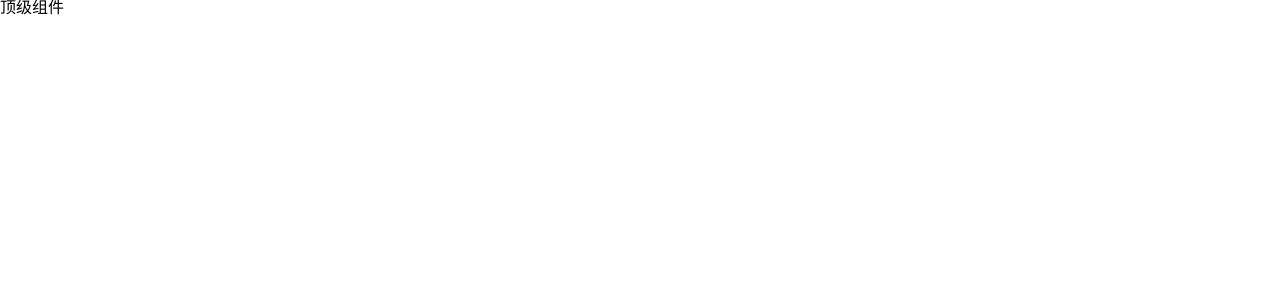
Repository: xzm1997/admin-management
Page: /
These files come from the project's save history. The page is drawn as it stood at one moment and after the next save; the edit follows.
The browser window is 1280 px wide. The pictures show the whole page.
The project was rebuilt for these pictures with package versions that can differ from the ones it lists, and the page was loaded fresh each time. Also part of the build but not shown: vite.config.ts, src/components/Comp1/comp1.scss.

Above is the page before, as saved 2023-03-28 15:59:42.

After the next save:
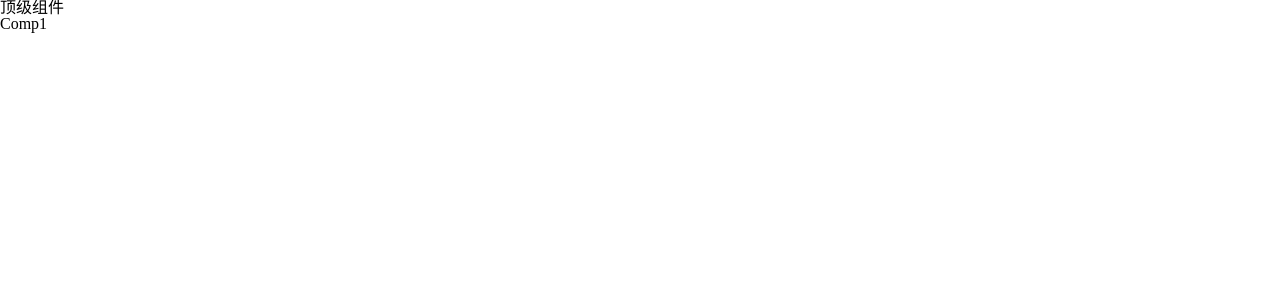
Saved 12 s later.
--- a/src/App.tsx
+++ b/src/App.tsx
@@ -7,6 +7,7 @@ function App() {
   return (
     <div className="App">
       顶级组件
+      <Comp></Comp>
     </div>
   )
 }
